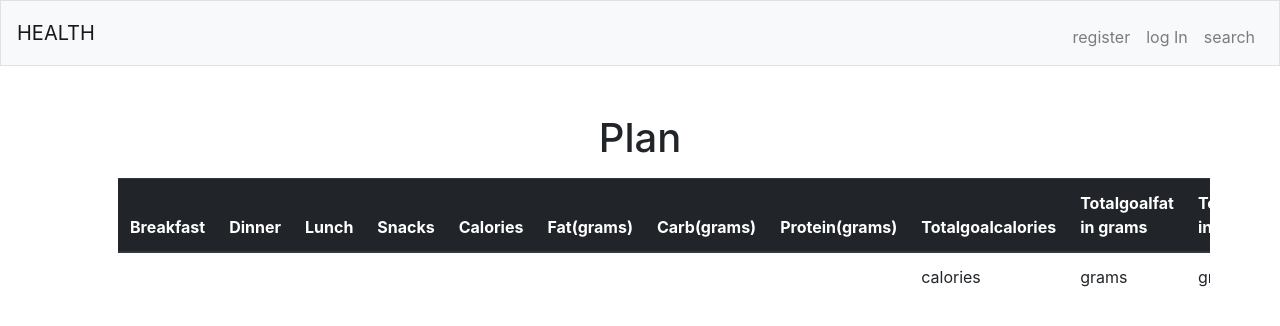
Repository: bahgaat/cs50
Page: templates/plan.html
The author's editor kept a record of every edit. The page is drawn from the files as they stood at one moment, then again after the next edit.
The browser window is 1280 px wide. The pictures show the whole page.
The page is served by the project's application, run on Flask 3 (applications.py). The template is opened directly, without the code that normally fills it, so the values that code supplies are empty.

Above is the page before.

After the next edit:
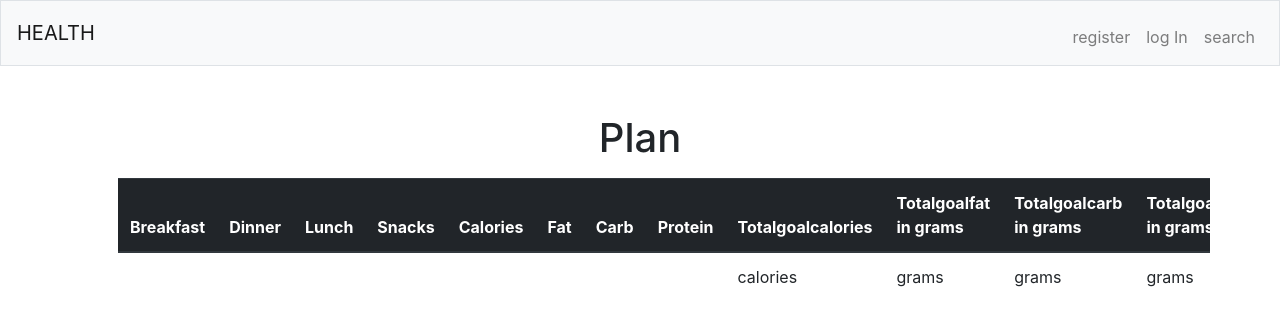
The edit:
--- a/templates/plan.html
+++ b/templates/plan.html
@@ -18,9 +18,9 @@
             <th>Lunch</th>
             <th>Snacks</th>
             <th>Calories</th>
-            <th>Fat(grams)</th>
-            <th>Carb(grams)</th>
-            <th>Protein(grams)</th>
+            <th>Fat</th>
+            <th>Carb</th>
+            <th>Protein</th>
             <th>Totalgoalcalories</th>
             <th>Totalgoalfat in grams</th>
             <th>Totalgoalcarb in grams</th>
